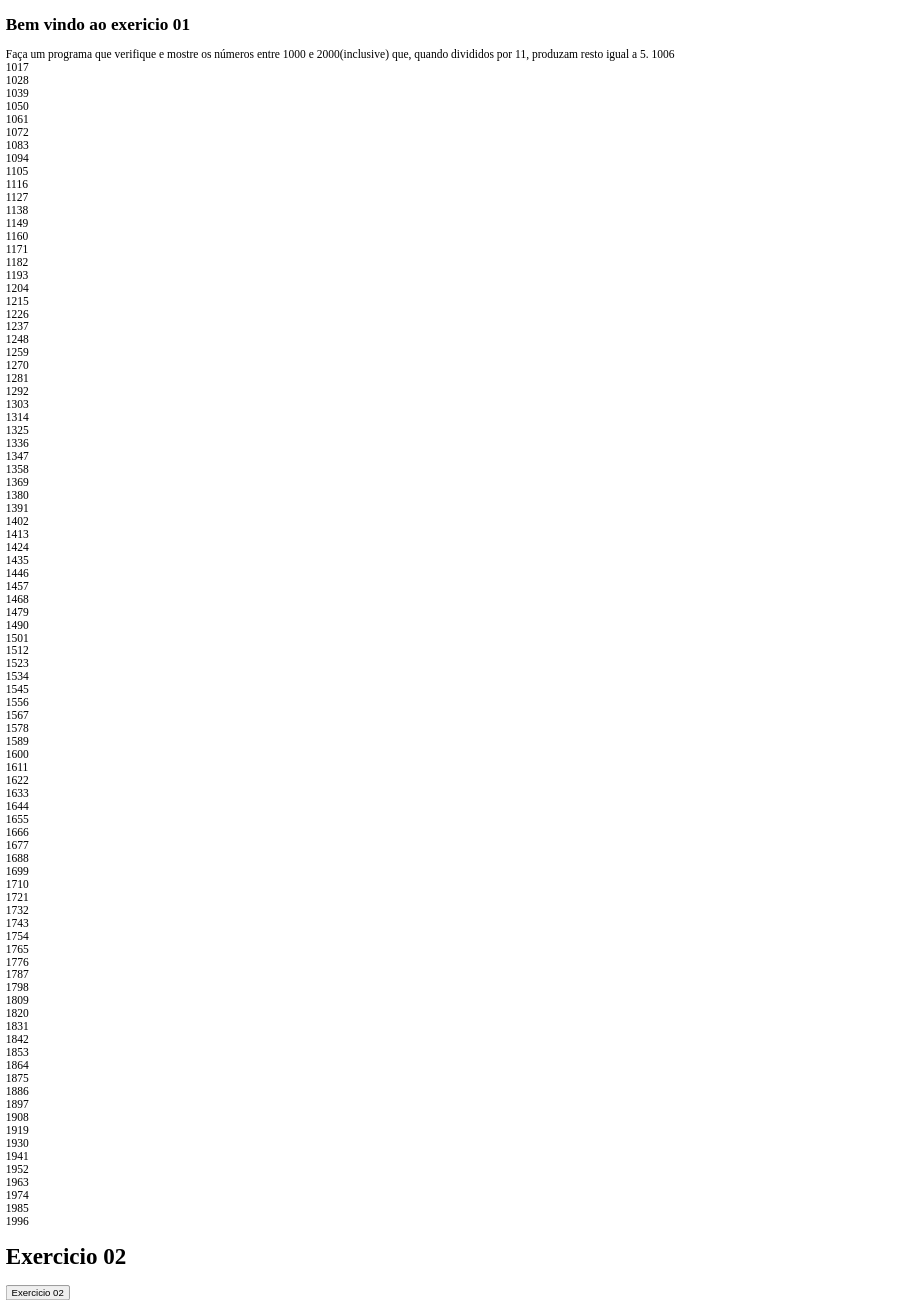
Repository: Fabio2000/Faculdade-Projetos
Page: http://localhost/exercicios/Index.jsp
An editor plug-in stored every save of this project. The page is shown before and after the next save, followed by the edit.
The browser window is 1280 px wide. The pictures show the whole page, at 72% of full size.
The page is served by Tomcat 9.

Above is the page before, as saved 2022-09-11 02:21:43.

After the next save:
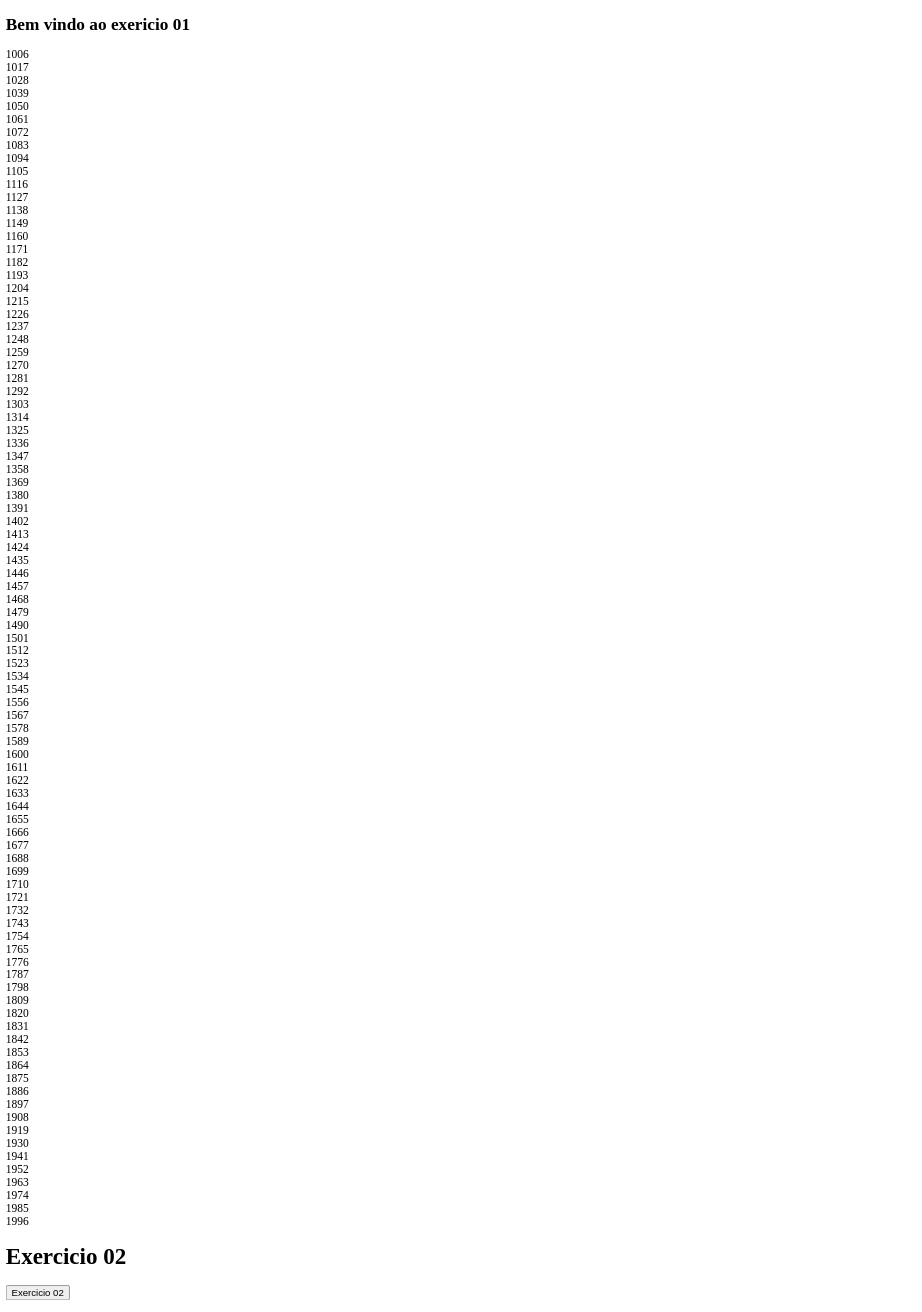
Saved 17 s later.
--- a/exercicios/src/main/webapp/Index.jsp
+++ b/exercicios/src/main/webapp/Index.jsp
@@ -12,8 +12,6 @@
 	out.println(mensage);
 	%></h2>
 	<p>
-	Faça um programa que verifique e mostre os números entre 1000 e
-2000(inclusive) que, quando divididos por 11, produzam resto igual a 5.
 	<%
 	for(int i=1000;i<2000;i++) {
 	    if (i%11==5)
